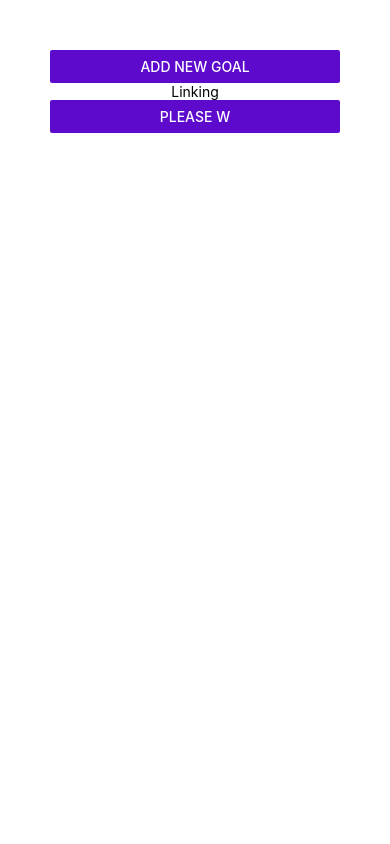
Repository: ntu34543/React-Native-Example1
Screen: /
The author's editor kept a copy of each file at every save. The screen is drawn from the files as they stood at one save, then again after a run of saves.
The app was drawn by React Native's web renderer in a window 390 px wide. The project was rebuilt for these pictures with package versions that can differ from the ones it lists, and the page was loaded fresh each time. Also part of the build but not shown: components/Goalltem.js.

Above is the screen before, as saved 2022-09-12 15:21:52.

### App.js
import { useState } from "react";
import { StyleSheet, View, FlatList, Button, Text, Linking } from "react-native";
import { StatusBar } from "expo-status-bar";

import GoalItem from "./components/Goalltem";
import GoalInput from "./components/Goallnput";

export default function App() {
  const [modalIsVisible, setModalIsVisible] = useState(false);
  const [courseGoals, setCourseGoals] = useState([]);
  const [name, setName] = useState('');
  const [submitted, setSubmitted] = useState(false);
  // console.log(courseGoals);
  const onPressHandler = () => {
    setSubmitted(!submitted);
  }

  function startAddGoalHandler() {
    setModalIsVisible(true);
  }

  function endAddGoalHandler() {
    setModalIsVisible(false);
  }

  function addTextInput(enteredGoalText) {
    setCourseGoals((currentCourseGoals) => [
      ...currentCourseGoals,
      { text: enteredGoalText, id: Math.random().toString() },
    ]);
    endAddGoalHandler();
  }

  function deleteGoalHandler(id) {
    setCourseGoals((currentCourseGoals) => {
      return currentCourseGoals.filter((goal) => goal.id !== id);
    });
  }

  return (
    <>
      <StatusBar style="auto"/>
      <View style={styles.container}>
        <Button
          title="Add new Goal"
          color="#5e0acc"
          onPress={startAddGoalHandler}
        />
        <Text style={styles.textLinking}>Linking</Text>
        <Button
          title="Please w"
          color="#5e0acc"
          onPress={()=>{Linking.openURL('https://ca.slack-edge.com/T324R7VB6-U03RS7EKJHG-323b9d1b6216-512')}}
        />
        <GoalInput
          visible={modalIsVisible}
          onAddGoal={addTextInput}
          onCancer={endAddGoalHandler}
        />
        <View style={styles.goalsContainer}>
          <FlatList
            data={courseGoals}
            style={styles.goalsContainer}
            renderItem={(itemData) => {
              return (
                <GoalItem
                  text={itemData.item.text}
                  id={itemData.item.id}
                  onDeleteItem={deleteGoalHandler}
                />
              );
            }}
            keyExtractor={(item, index) => {
              return index.id;
            }}
            alwaysBounceVertical={false}
          />
        </View>
      </View>
    </>
  );
}

const styles = StyleSheet.create({
  container: {
    padding: 50,
  },
  goalsContainer: {
    // flex: 4,
  },
  textLinking: {
    textAlign: 'center',
  }
});

### components/Goallnput.js
import { useState } from "react";
import { StyleSheet, View, TextInput, Button, Modal, Image } from "react-native";
function GoalInput(props) {
  const [enteredGoalText, setEnteredGoalText] = useState("");

  function textInput(enteredText) {
    setEnteredGoalText(enteredText);
    // console.log(enteredText);
  }

  function addGoalHandler() {
    props.onAddGoal(enteredGoalText);
    setEnteredGoalText("");
  }

  return (
    <Modal visible={props.visible} animationType="slide">
      <View style={styles.inputContainer}>
          <Image style={styles.image} source={require('../assets/favicon.png')} />
        <TextInput
          style={styles.textInput}
          placeholder="Email............"
          onChangeText={textInput}
          value={enteredGoalText}
        />
        <View style={styles.buttonContainer}>
          <View style={styles.button}>
            <Button title="Click!" onPress={addGoalHandler} />
          </View>
          <View style={styles.button}>
            <Button title="Cancer!" onPress={props.onCancer}/>
          </View>
        </View>
      </View>
    </Modal>
  );
}

export default GoalInput;

const styles = StyleSheet.create({
  inputContainer: {
    flex: 1,
    justifyContent: "center",
    alignItems: "center",
    paddingBottom: 24,
    padding: 16,
    borderBottomWidth: 1,
    borderBottomColor: "gray",
    backgroundColor: 'pink'
  },
  image: {
      width: 100,
      height: 100,
      margin: 20,
  },
  textInput: {
    borderWidth: 1,
    borderColor: "#cccccc",
    width: "100%",
    padding: 8,
  },
  buttonContainer: {
      marginTop: 16,
    flexDirection: "row",
  },
  button: {
      width: '30%',
      marginHorizontal: 8,
  }
});

After the next 2 saves:
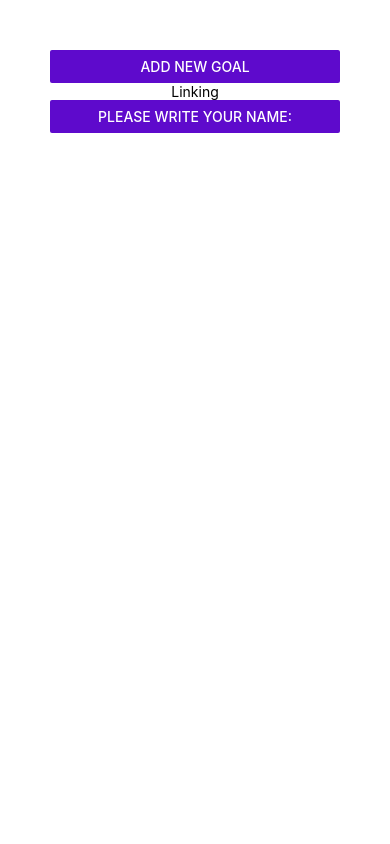
The 2 saves are shown as one change because they came seconds apart.
The last was saved 7 s later.
--- a/App.js
+++ b/App.js
@@ -48,7 +48,7 @@ export default function App() {
         />
         <Text style={styles.textLinking}>Linking</Text>
         <Button
-          title="Please w"
+          title="Please write your name:"
           color="#5e0acc"
           onPress={()=>{Linking.openURL('https://ca.slack-edge.com/T324R7VB6-U03RS7EKJHG-323b9d1b6216-512')}}
         />
